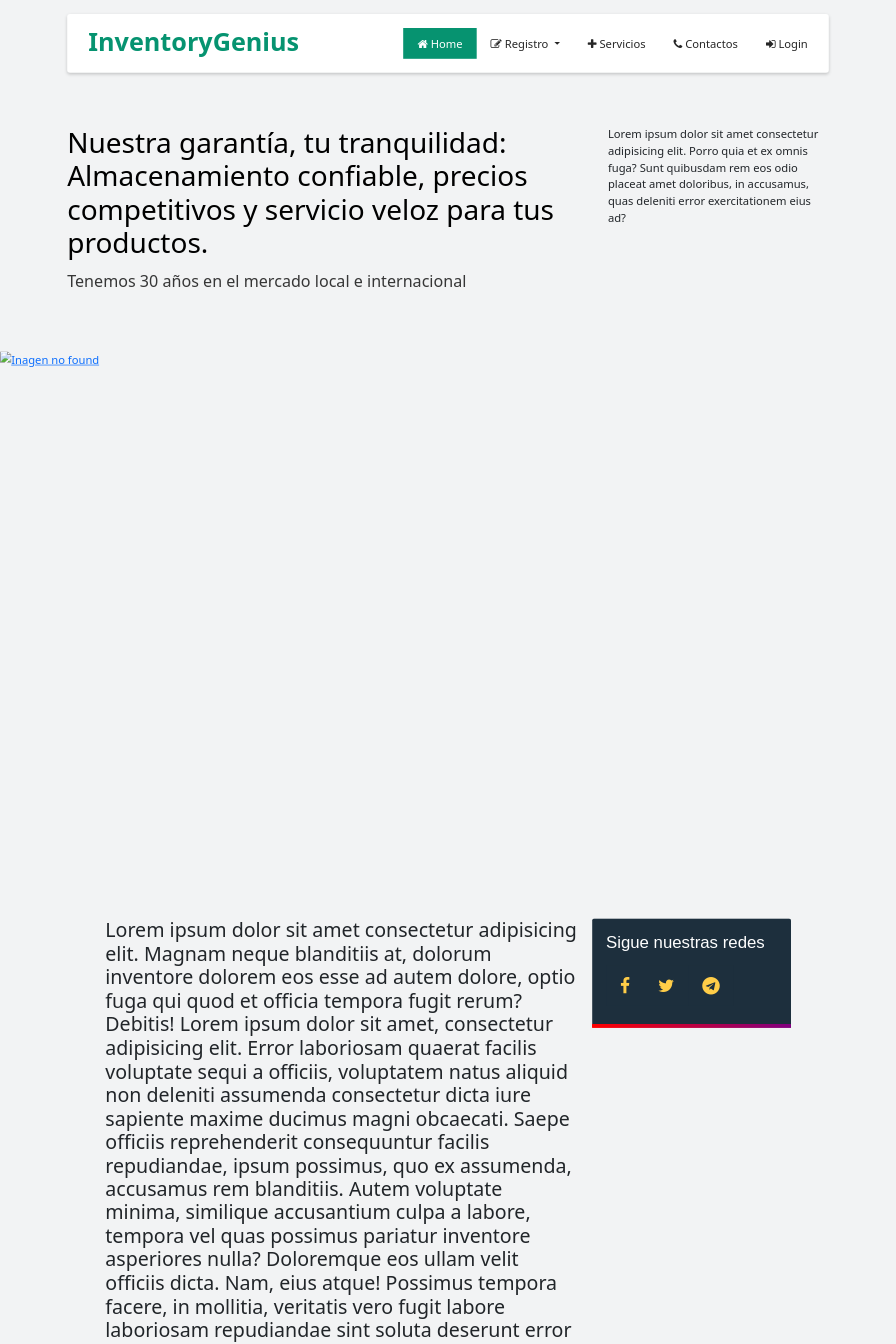
Repository: Sirius018/InventoryGenius
Page: http://localhost/Home
An editor plug-in stored every save of this project. The page is shown before and after the next save, followed by the edit.
The browser window is 1280 px wide. The pictures show the part of the page from y = 0 to 1920 px (the page is 4127 px tall), at 70% of full size.
The page is this project's Thymeleaf template; nobody is signed in. The template is opened directly, without the code that normally fills it, so the values that code supplies are empty.

Above is the page before, as saved 2023-06-07 00:02:39.
Not found: ADW/InventoryGenius/static/master_image/image_home/background.jpeg

### ADW/InventoryGenius/src/main/resources/templates/Home.html
<!DOCTYPE html>
<html lang="en" xmlns:th="http://www.thymeleaf.org">
<head>
    <meta charset="UTF-8">
    <meta http-equiv="X-UA-Compatible" content="IE=edge">
    <meta name="viewport" content="width=device-width, initial-scale=1.0">
    <link href="https://stackpath.bootstrapcdn.com/font-awesome/4.7.0/css/font-awesome.min.css" rel="stylesheet">
    <link href="https://cdn.jsdelivr.net/npm/bootstrap@5.3.0/dist/css/bootstrap.min.css" rel="stylesheet" integrity="sha384-9ndCyUaIbzAi2FUVXJi0CjmCapSmO7SnpJef0486qhLnuZ2cdeRhO02iuK6FUUVM" crossorigin="anonymous">
    <link rel="stylesheet" href="path/to/font-awesome/css/font-awesome.min.css">
    <title>Home - Inventory Genius</title>
    <style>
/********************************** RESET PROPIEDADES **********************************/
* {
    margin: 0;
    padding: 0;
    box-sizing: border-box;
}

body{
   background: #F2F3F4;
}


:root{
    --bg-aside:#1D2F3D;
}
/************************************************************************************************************/




.content-navbar{
    position: relative;
    max-width: 85%;
    margin: 20px auto;
    padding: 10px;
    background: #fff;
    box-sizing: border-box;
    border-radius: 4px;
    box-shadow: 0 2px 5px rgba(0,0,0,.2);
}

.logo{
    color: #069370;
    height: 60px;
    line-height: 60px;
    padding: 0 20px;
    font-size: 36px;
    text-align: center;
    float: left;
    font-weight: 700;
    text-decoration: none;
}

nav{
    float: right;
}

.clearfix{
    clear: both;
}

nav ul{
    margin: 0;
    padding: 0;
    display: flex;
}

nav ul li{
    list-style: none;
}

nav ul li a{
    display: block;
    margin: 10px 0;
    padding: 10px 20px;
    text-decoration: none;
    color: #262626;
}

nav ul li a:hover,
nav ul li a.active{
    background: #069370;
    color: #fff;
    transition: .5s;
}

@media (max-width: 900px) {
    header{
        margin: 20px;
    }
}

@media (max-width: 768px) {
    .menu-toggle{
        display: block;
        width: 40px;
        height: 40px;
        margin: 10px;
        float: right;
        cursor: pointer;
        text-align: center;
        font-size: 30px;
        color: #096370;
    }
    .menu-toggle::before{
        content: '\f0c9';
        font-family: fontAwesome;
        line-height: 40px;

    }
    .menu-toggle.active:before{
        content: '\f00d';
    }
    nav{
        display: none;
    }
    nav.active{
        display: block;
        width: 100%;
    }
    nav.active ul{
        display: block;
    }
    nav.active ul li a{
        margin: 0;
    }
}

.dropdown-item:hover{
    background: #069370;
    color: #fff;
    transition: .5s;
}



main{
    width: 90%;
    margin: 0 auto;
}

.content-title{
    position: relative;
    width: 85%;
    margin: 0 auto;
    text-align:left;
    display: flex;
}

.intert-mid .content-title .lema{
    width: 69%;
    margin-right: 1%;
}
.intert-mid .content-title h1{
    color: #000;
}

.content-title h1 span{
    font-size: 23px;
    color: #363636;
}

.intert-mid .content-title .vacio{
    width: 29%;
    margin-left: 1%;
}

.contenedor-imagen {
	height: 100vh;
    width: 100%;
    margin: 0 auto;
    image-rendering: crisp-edges;
}

.contenedor-imagen img {
	width: 100%;
	height: 100%;
	vertical-align: top;
	object-fit: cover;
	object-position: 0 bottom;
}




main .content-main{
    width: 85%;
    display: flex;
    margin: 0 auto;
}

.content-main .info{
    position: relative;
    min-width: 69%;
    margin: 15px 0;
    margin-right: 1%;
}
.content-main .content-aside{
    position: relative;
    min-width:29%;
    margin: 15px 0 ;
    height: 100%;
	background: var(--bg-aside);
	padding: 20px;
	border-radius: 3px;
	position: sticky;
	top: 20px;
    margin-left: 1%;
}


.content-aside .aside-redes{
    font-family: 'Montserrat', sans-serif;
    color: #fff;
    /*text-align: left;*/
	/*font-weight: normal;*/
}


.content-aside .indice{
    float: left;
}


.content-aside .indice ul li a{
    color: #FFCD48;
    background-color: var(--bg-aside);
    font-size: 25px;
}



.content-aside .indice ul li .facebook:hover{ color: #1877F2; }
.content-aside .indice ul li .twitter:hover{ color: #1DA1F2; }
.content-aside .indice ul li .telegram:hover{ color: #0088CC; }

.content-aside .indice ul li a::after {
    content: '';
    position: absolute;
    left: 0;
    bottom: -2px;
    width: 100%;
    height: 5px;
    background-image: linear-gradient(to right, red, blue);
    background-size: 200% 100%;
    animation: gradientAnimation 2s linear infinite;
}

@keyframes gradientAnimation {
    0% {
        background-position: 0% 0%;
    }
    50% {
        background-position: 100% 0%;
    }
    100% {
        background-position: 0% 0%;
    }
}


/*pagina de referencia: https://webflow.com/blog/business-website-examples  */



/* separacion arriva-abajo de los componentes padres */
.content-title, .contenedor-imagen, main{
    margin: 75px auto;
}



footer{
   width: 90%;
   margin: 50px auto;
   display: block;
}


    </style>
</head>
<body>

	<header class="asssssss">
        <div class="content-navbar">
            <a class="logo" href="#">InventoryGenius</a>
            <div class="menu-toggle"></div>
            <nav>
                <ul>
                    <li><a class="active" href="#"><i class="fa fa-home" aria-hidden="true"></i> Home</a></li>
                    <li class="nav-item dropdown">
                        <a class="dropdown-toggle" href="#" data-bs-toggle="dropdown" aria-expanded="false">
                            <i class="fa fa-pencil-square-o" aria-hidden="true"></i>
                            Registro
                        </a>
                        <ul class="dropdown-menu">
                          <li><a class="dropdown-item" href="#">Proveedores</a></li>
                          <li><a class="dropdown-item" href="#">productos</a></li>
                          <li><a class="dropdown-item" href="#">Empresas</a></li>

                        </ul>
                      </li>
                    <li><a href="#"><i class="fa fa-plus" aria-hidden="true"></i> Servicios</a></li>
                    <li><a href="#"><i class="fa fa-phone" aria-hidden="true"></i> Contactos</a></li>
                    <li><a href=""><i class="fa fa-sign-in" aria-hidden="true"></i> Login</a></li>
                </ul>
            </nav>
            <div class="clearfix"></div>
        </div>
    </header>

    <div class="intert-mid">
        <div class="content-title">
            <div class="lema">
                <h1>Nuestra garantía, tu tranquilidad: Almacenamiento confiable, precios competitivos y servicio veloz para tus productos. <br><span>Tenemos 30 años en el mercado local e internacional</span></h1>
            </div>
            <div class="vacio">
                <p>Lorem ipsum dolor sit amet consectetur adipisicing elit. Porro quia et ex omnis fuga? Sunt quibusdam rem eos odio placeat amet doloribus, in accusamus, quas deleniti error exercitationem eius ad?</p>
            </div>
        </div>
        <div class="contenedor-imagen">
            <a href="#blog">
                <img src="../static/master_image/image_home/background.jpeg" alt="Inagen no found">
            </a>
        </div>
    </div>


    <main>
        <div class="content-main">
            <div class="info">
                <h3>Lorem ipsum dolor sit amet consectetur adipisicing elit. Magnam neque blanditiis at, dolorum inventore dolorem eos esse ad autem dolore, optio fuga qui quod et officia tempora fugit rerum? Debitis!
                    Lorem ipsum dolor sit amet, consectetur adipisicing elit. Error laboriosam quaerat facilis voluptate sequi a officiis, voluptatem natus aliquid non deleniti assumenda consectetur dicta iure sapiente maxime ducimus magni obcaecati.
                    Saepe officiis reprehenderit consequuntur facilis repudiandae, ipsum possimus, quo ex assumenda, accusamus rem blanditiis. Autem voluptate minima, similique accusantium culpa a labore, tempora vel quas possimus pariatur inventore asperiores nulla?
                    Doloremque eos ullam velit officiis dicta. Nam, eius atque! Possimus tempora facere, in mollitia, veritatis vero fugit labore laboriosam repudiandae sint soluta deserunt error distinctio unde illo ab. Accusantium, numquam.</h3>
                    <h3>Lorem ipsum dolor sit amet consectetur adipisicing elit. Magnam neque blanditiis at, dolorum inventore dolorem eos esse ad autem dolore, optio fuga qui quod et officia tempora fugit rerum? Debitis!
                        Lorem ipsum dolor sit amet, consectetur adipisicing elit. Error laboriosam quaerat facilis voluptate sequi a officiis, voluptatem natus aliquid non deleniti assumenda consectetur dicta iure sapiente maxime ducimus magni obcaecati.
                        Saepe officiis reprehenderit consequuntur facilis repudiandae, ipsum possimus, quo ex assumenda, accusamus rem blanditiis. Autem voluptate minima, similique accusantium culpa a labore, tempora vel quas possimus pariatur inventore asperiores nulla?
                        Doloremque eos ullam velit officiis dicta. Nam, eius atque! Possimus tempora facere, in mollitia, veritatis vero fugit labore laboriosam repudiandae sint soluta deserunt error distinctio unde illo ab. Accusantium, numquam.</h3>
                        <h3>Lorem ipsum dolor sit amet consectetur adipisicing elit. Magnam neque blanditiis at, dolorum inventore dolorem eos esse ad autem dolore, optio fuga qui quod et officia tempora fugit rerum? Debitis!
                            Lorem ipsum dolor sit amet, consectetur adipisicing elit. Error laboriosam quaerat facilis voluptate sequi a officiis, voluptatem natus aliquid non deleniti assumenda consectetur dicta iure sapiente maxime ducimus magni obcaecati.
                            Saepe officiis reprehenderit consequuntur facilis repudiandae, ipsum possimus, quo ex assumenda, accusamus rem blanditiis. Autem voluptate minima, similique accusantium culpa a labore, tempora vel quas possimus pariatur inventore asperiores nulla?
                            Doloremque eos ullam velit officiis dicta. Nam, eius atque! Possimus tempora facere, in mollitia, veritatis vero fugit labore laboriosam repudiandae sint soluta deserunt error distinctio unde illo ab. Accusantium, numquam.</h3>
            </div>
            <div class="content-aside">
                <h4 class="aside-redes">Sigue nuestras redes</h4>
				<nav class="indice">
					<ul>
                        <li><a href="https://es-la.facebook.com/" target="_blank"><i class="fa fa-facebook facebook" aria-hidden="true"></i></a></li>
                        <li><a href="https://twitter.com/?lang=es" target="_blank"><i class="fa fa-twitter twitter" aria-hidden="true"></i></a></li>
                        <li><a href="https://web.telegram.org/a/" target="_blank"><i class="fa fa-telegram telegram" aria-hidden="true"></i></a></li>
                    </ul>
				</nav>
            </div>
        </div>
    </main>

    <footer>
        <p>Lorem ipsum, dolor sit amet consectetur adipisicing elit. Nihil rem repellendus ducimus esse, maxime recusandae eligendi. Temporibus sit consequatur, accusantium cum provident corrupti doloribus maiores quidem consequuntur qui minima ex?
        Enim et aperiam cum necessitatibus dolores maiores nam, tempore quos repellat, laboriosam ad laborum tempora, earum iusto praesentium! In iste omnis provident fuga similique dicta eaque rerum! Provident, deleniti tenetur!
        Dicta dignissimos id laborum, aliquid quaerat aspernatur assumenda laudantium. Et earum deleniti nam maiores, aliquam voluptate excepturi exercitationem inventore dolor eaque! Autem illo vero, architecto accusantium quasi vel odio ratione?
        Quia nihil numquam, rerum eveniet facere officiis, vel eligendi aliquam non repellendus exercitationem! Blanditiis veniam unde, expedita cupiditate quaerat reiciendis molestiae tempore aliquid eveniet? Necessitatibus amet aperiam delectus adipisci vitae.
        Quidem vel, mollitia dolores reiciendis eum a perferendis saepe, impedit nobis distinctio fugit dolor perspiciatis enim. Quo, voluptatem quidem in placeat reiciendis est repellendus doloremque veritatis quaerat blanditiis laudantium maxime.
        Rerum eum magnam iste accusantium dolorem commodi, nihil hic nam voluptates natus soluta debitis maiores expedita labore suscipit dolor reprehenderit cum accusamus ea optio corrupti exercitationem facilis ex. Sit, corrupti.
        Qui ab earum est rem distinctio saepe porro, totam dicta accusamus, nulla delectus magni fugiat labore! Sint repellat tenetur harum accusantium quae nulla dignissimos et placeat, autem facilis commodi tempora!
        Magnam perferendis aliquid id totam, est consequatur similique quam mollitia ex officia deleniti voluptate iusto et aliquam obcaecati amet fuga beatae architecto at ipsam! Facilis culpa soluta nobis quam excepturi.
        Soluta nulla corrupti sapiente quis? Eius perferendis eaque, magnam aliquam totam consectetur non ipsam mollitia minima aliquid? Deleniti sed praesentium natus eos, numquam ab quo voluptate dolor odit ratione sit.
        Modi dicta consectetur voluptas nostrum, vel excepturi alias eum deleniti eaque aut magni molestiae maxime ad saepe quae quia rerum! Modi, obcaecati. Aut, adipisci repellendus maxime nisi nam placeat odio? </p>
        <p>Lorem ipsum dolor sit amet consectetur adipisicing elit. Nisi esse quod labore rerum eos voluptas iste vel qui? Asperiores nihil alias officiis repudiandae eum eius, reprehenderit pariatur perspiciatis molestias ad.
        Corrupti blanditiis obcaecati repudiandae, sed in sint cupiditate explicabo amet aspernatur impedit iste quas, inventore repellendus quaerat quia ad optio facere ipsam quos ab, totam nostrum? Officia corporis corrupti totam.
        Sit quisquam architecto ut odit tempore explicabo, laboriosam dolores, odio dicta alias voluptas consectetur quasi est doloremque quibusdam quod quam asperiores itaque at voluptatibus veritatis ab exercitationem rerum! Voluptate, quasi!
        Voluptas, in incidunt nihil dolore atque corporis perferendis consectetur distinctio porro laborum repudiandae mollitia reprehenderit sequi odit perspiciatis nemo dolorum ratione quod. Corporis possimus, eaque dolores perspiciatis sequi ipsum mollitia.
        Consequatur inventore, esse repudiandae sequi, sint reiciendis eos nihil sunt at veniam perspiciatis ducimus amet dolores omnis voluptates alias quaerat, ut ipsam impedit placeat nulla dolorem? Velit dolores aut nisi.
        Nulla magnam architecto est animi ipsam numquam, adipisci deleniti, autem nisi non quae aliquam at quam nobis maxime, et ut distinctio aut saepe. Itaque atque magnam officia provident in molestias.
        Laudantium doloremque odit sapiente corrupti. Distinctio perferendis eaque quam quo dignissimos reiciendis quis! Nihil dolorum consequuntur quo blanditiis commodi beatae pariatur veniam quia iste aliquid maxime, deserunt consequatur, placeat voluptatem.
        Inventore, temporibus? Dolor ipsam molestiae libero, rerum autem dolorum, velit non, at ut ducimus vitae architecto veniam accusantium nam deserunt. Vitae tempora nihil nemo, repellat quidem et a ducimus. Quam!
        Laudantium quo laboriosam magni eveniet veritatis commodi repellat in perspiciatis a. Fugit voluptatibus tenetur officia temporibus ad quasi, ratione animi nihil asperiores quia dolorem suscipit illo laudantium aperiam assumenda eum!</p>
    </footer>


<script src="https://code.jquery.com/jquery-3.6.0.js" integrity="sha256-H+K7U5CnXl1h5ywQfKtSj8PCmoN9aaq30gDh27Xc0jk=" crossorigin="anonymous"></script>
<script src="https://cdn.jsdelivr.net/npm/bootstrap@5.3.0/dist/js/bootstrap.bundle.min.js" integrity="sha384-geWF76RCwLtnZ8qwWowPQNguL3RmwHVBC9FhGdlKrxdiJJigb/j/68SIy3Te4Bkz" crossorigin="anonymous"></script>
<script src="../static/js/home.js"></script>
</body>
</html>

### ADW/InventoryGenius/src/main/resources/static/js/home.js
$(document).ready(function(){
    $('.menu-toggle').click(function(){
        $('.menu-toggle').toggleClass('active')
        $('nav').toggleClass('active')
    })
})

After the next save:
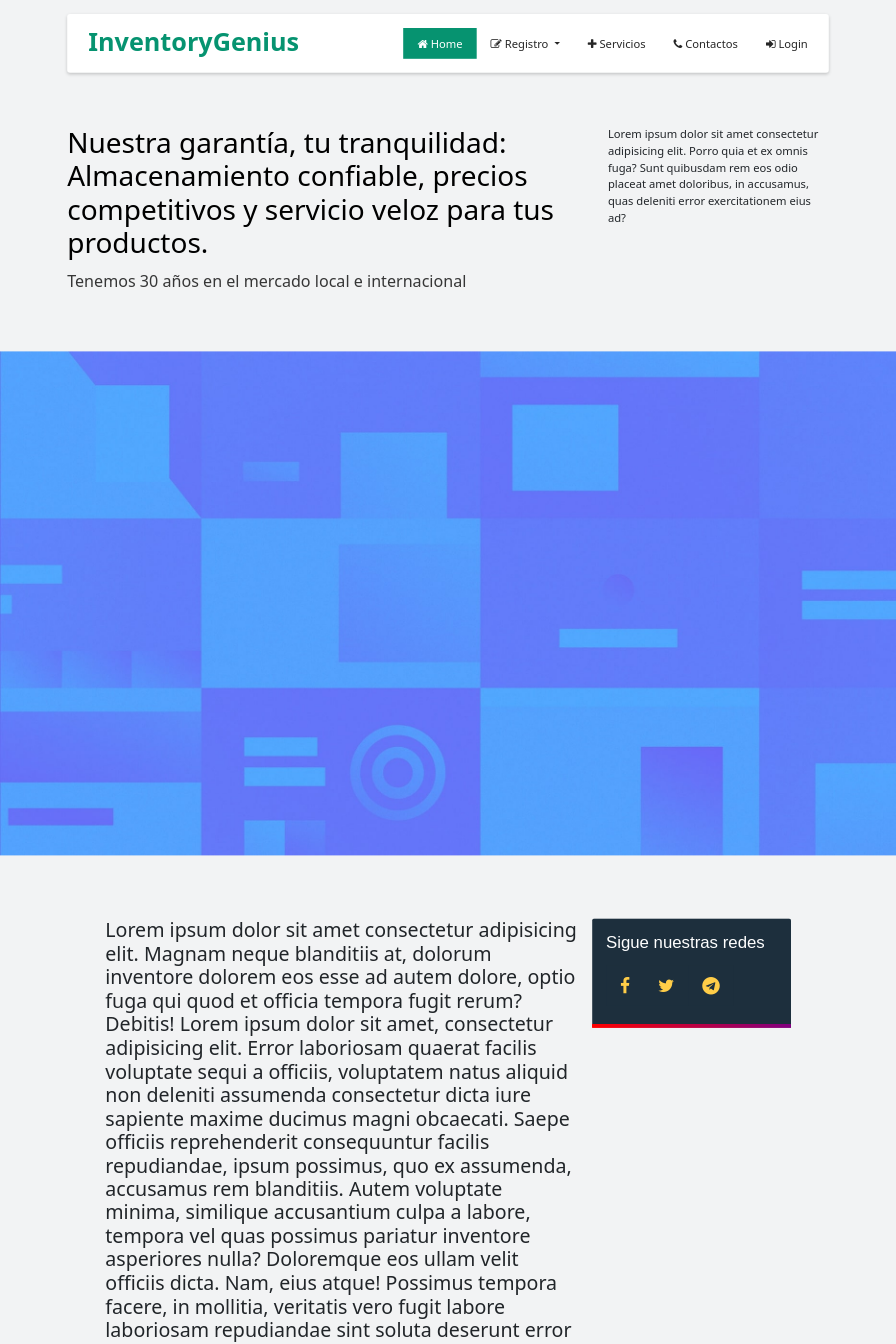
Saved 11 s later.
--- a/ADW/InventoryGenius/src/main/resources/templates/Home.html
+++ b/ADW/InventoryGenius/src/main/resources/templates/Home.html
@@ -321,7 +321,7 @@ footer{
         </div>
         <div class="contenedor-imagen">
             <a href="#blog">
-                <img src="../static/master_image/image_home/background.jpeg" alt="Inagen no found">
+                <img src="image_home/background.jpeg" alt="Inagen no found">
             </a>
         </div>
     </div>
